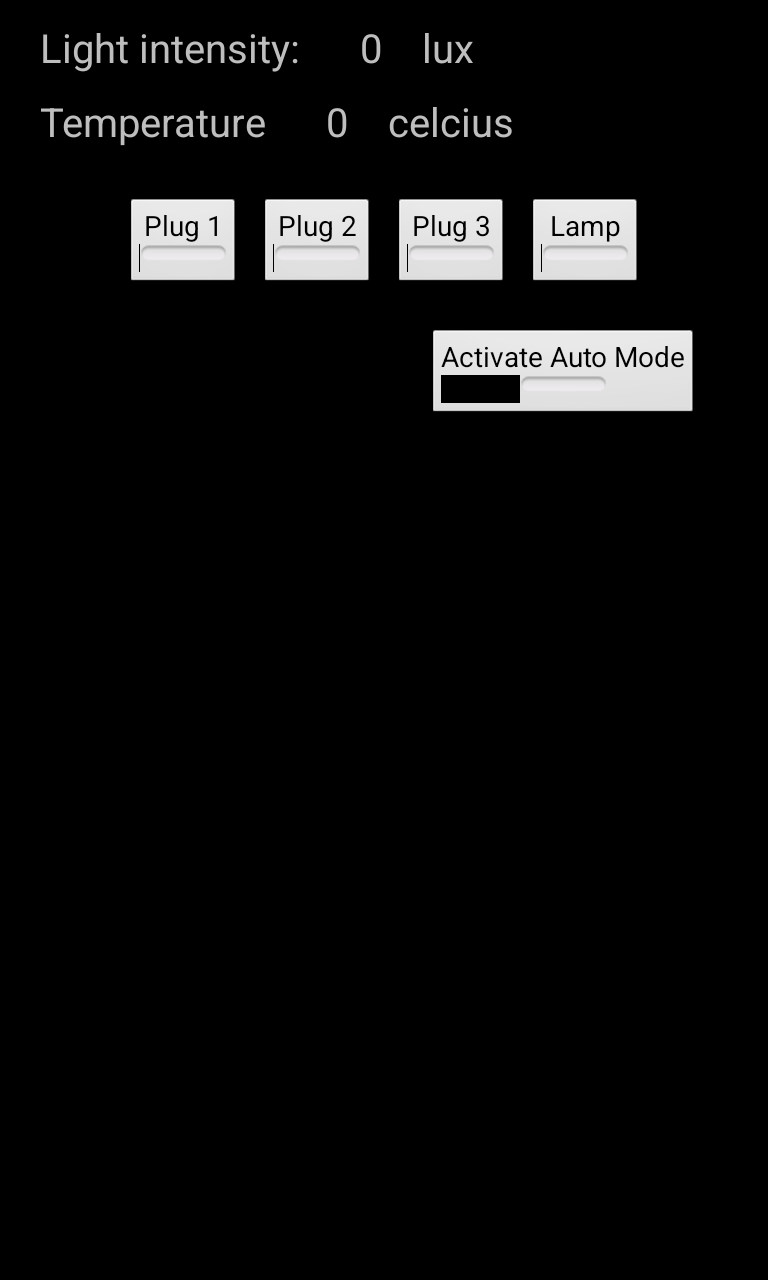
Repository: deanzaka/Shroom-Smart-Terminal
Layout: IOIOShroomST/res/layout/main.xml
These files come from the project's save history. The layout is drawn as it stood at one moment and after the next save; the edit follows.
It is drawn on a 768 x 1280 px phone screen (xhdpi) without system bars, with theme android:Theme; the app's code is not run.

Above is the layout before, as saved 2014-11-16 21:22:28.

### IOIOShroomST/res/layout/main.xml
<?xml version="1.0" encoding="utf-8"?>
<LinearLayout xmlns:android="http://schemas.android.com/apk/res/android"
    android:orientation="vertical"
    android:layout_width="fill_parent"
    android:layout_height="fill_parent">

	<RelativeLayout
		android:layout_width="match_parent"
		android:layout_height="wrap_content"
		android:orientation="horizontal"
		android:gravity="left"
		android:paddingTop="10dp">

		<TextView
		    android:id="@+id/LightLabel"
			android:text="@string/light_label"
			android:layout_width="wrap_content"
			android:layout_height="wrap_content"
			android:layout_alignParentLeft="true"
			android:paddingLeft="20dp"
			android:paddingRight="30dp"
			android:textSize="20sp"
			/>

		<TextView
		    android:id="@+id/LuxValue"
		    android:layout_width="wrap_content"
		    android:layout_height="wrap_content"
		    android:layout_toRightOf="@id/LightLabel"
		    android:paddingRight="20dp"
		    android:text="0"
		    android:textSize="20sp" />

		<TextView
			android:id="@+id/LuxLabel"
			android:text="@string/lux_label"
			android:layout_width="wrap_content"
			android:layout_height="wrap_content"
			android:layout_toRightOf="@id/LuxValue"
			android:textSize="20sp"
			/>
	</RelativeLayout>

	<RelativeLayout
		android:layout_width="wrap_content"
		android:layout_height="wrap_content"
		android:orientation="horizontal"
		android:gravity="left"
		android:paddingTop="10dp">

		<TextView
			android:id="@+id/TempLabel"
			android:text="@string/temp_label"
			android:layout_width="wrap_content"
			android:layout_height="wrap_content"
			android:paddingLeft="20dp"
			android:paddingRight="30dp"
			android:textSize="20sp"
			/>
		<TextView
			android:id="@+id/TempValue"
			android:text="0"
			android:layout_width="wrap_content"
			android:layout_height="wrap_content"
			android:layout_toRightOf="@id/TempLabel"
			android:paddingRight="20dp"
			android:textSize="20sp"
			/>
		<TextView
			android:id="@+id/CelLabel"
			android:text="@string/cel_label"
			android:layout_width="wrap_content"
			android:layout_height="wrap_content"
			android:layout_toRightOf="@id/TempValue"
			android:textSize="20sp"
			/>
	</RelativeLayout>

	<RelativeLayout
	    android:layout_width="match_parent"
		android:layout_height="wrap_content"
		android:orientation="horizontal"
		android:gravity="center_horizontal"
		android:paddingTop="20dp">

	    <ToggleButton
			android:id="@+id/Terminal1"
			android:layout_width="wrap_content"
			android:layout_height="wrap_content"
			android:layout_margin="5dp"
			android:text="@string/terminal_1"
			android:textOn="@string/terminal_1"
			android:textOff="@string/terminal_1"
			/>

		<ToggleButton
			android:id="@+id/Terminal2"
			android:layout_width="wrap_content"
			android:layout_height="wrap_content"
			android:layout_toRightOf="@id/Terminal1"
			android:layout_margin="5dp"
			android:text="@string/terminal_2"
			android:textOn="@string/terminal_2"
			android:textOff="@string/terminal_2"
			/>

		<ToggleButton
			android:id="@+id/Terminal3"
			android:layout_width="wrap_content"
			android:layout_height="wrap_content"
			android:layout_toRightOf="@id/Terminal2"
			android:layout_margin="5dp"
			android:text="@string/terminal_3"
			android:textOn="@string/terminal_3"
			android:textOff="@string/terminal_3"
			/>

		<ToggleButton
			android:id="@+id/Lamp"
			android:layout_width="wrap_content"
			android:layout_height="wrap_content"
			android:layout_toRightOf="@id/Terminal3"
			android:layout_margin="5dp"
			android:text="@string/lamp"
			android:textOn="@string/lamp"
			android:textOff="@string/lamp"
			/>
	</RelativeLayout>

	<RelativeLayout
	    android:layout_width="match_parent"
		android:layout_height="wrap_content"
		android:orientation="horizontal"
		android:gravity="right"
		android:paddingTop="10dp"
		android:paddingRight="30dp">

	    <ToggleButton
			android:id="@+id/AutoMode"
			android:layout_width="wrap_content"
			android:layout_height="wrap_content"
			android:layout_margin="5dp"
			android:text="@string/auto_label"
			android:textOn="Deactivate Auto Mode"
			android:textOff="Activate Auto Mode"
			/>
	</RelativeLayout>

	</LinearLayout>

### IOIOShroomST/res/values/strings.xml
<?xml version="1.0" encoding="utf-8"?>
<resources>
    <string name="app_name">Shroom - Smart Outlet</string>
    <string name="terminal_1">Plug 1</string>
    <string name="terminal_2">Plug 2</string>
    <string name="terminal_3">Plug 3</string>
    <string name="lamp">Lamp</string>

    <string name="light_label">Light intensity: </string>
    <string name="temp_label">Temperature</string>
    <string name="cel_label">celcius</string>
    <string name="lux_label">lux</string>

    <string name="auto_label">Auto Mode</string>




</resources>

After the next save:
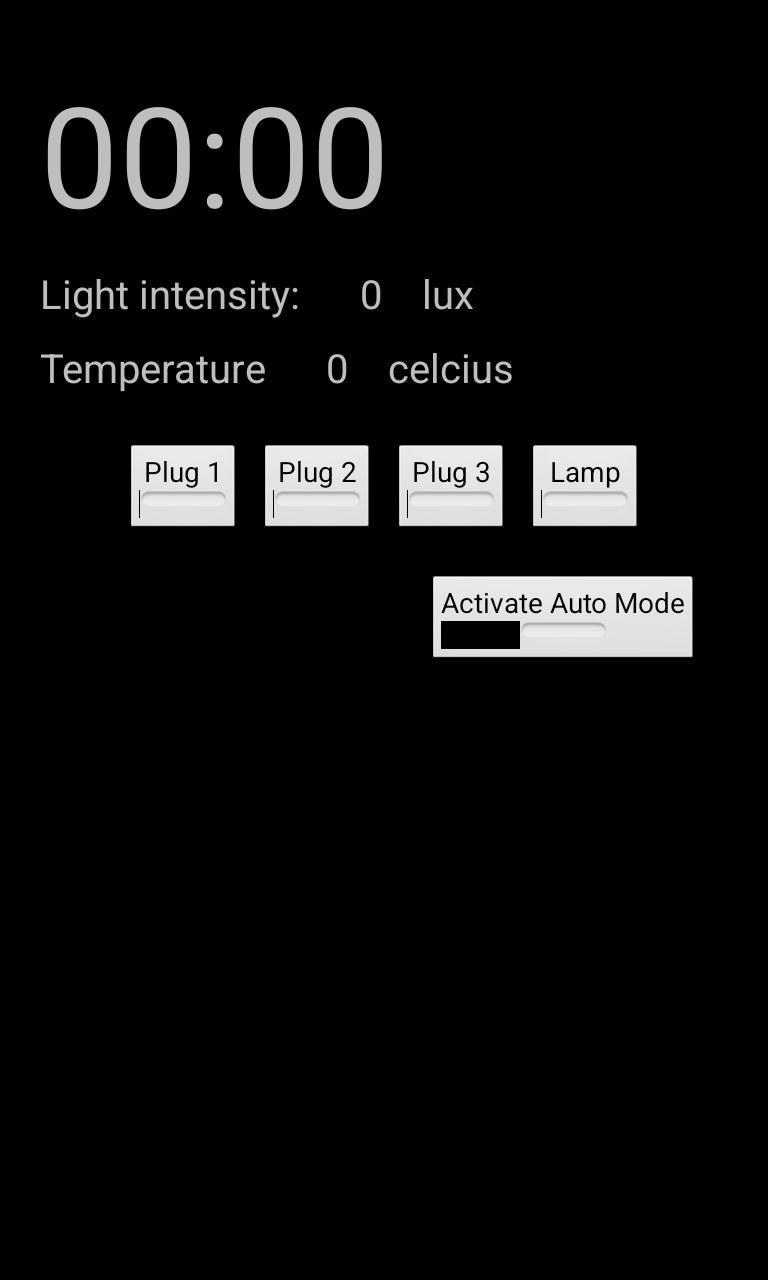
Saved 108 s later.
--- a/IOIOShroomST/res/layout/main.xml
+++ b/IOIOShroomST/res/layout/main.xml
@@ -3,6 +3,23 @@
     android:orientation="vertical"
     android:layout_width="fill_parent"
     android:layout_height="fill_parent">
+
+    <RelativeLayout
+		android:layout_width="match_parent"
+		android:layout_height="wrap_content"
+		android:orientation="horizontal"
+		android:gravity="left"
+		android:paddingTop="30dp">
+
+        <TextView
+		    android:id="@+id/TestTime"
+		    android:layout_width="wrap_content"
+		    android:layout_height="wrap_content"
+		    android:paddingLeft="20dp"
+		    android:text="00:00"
+		    android:textSize="70sp" />
+
+	</RelativeLayout>
 
 	<RelativeLayout
 		android:layout_width="match_parent"
